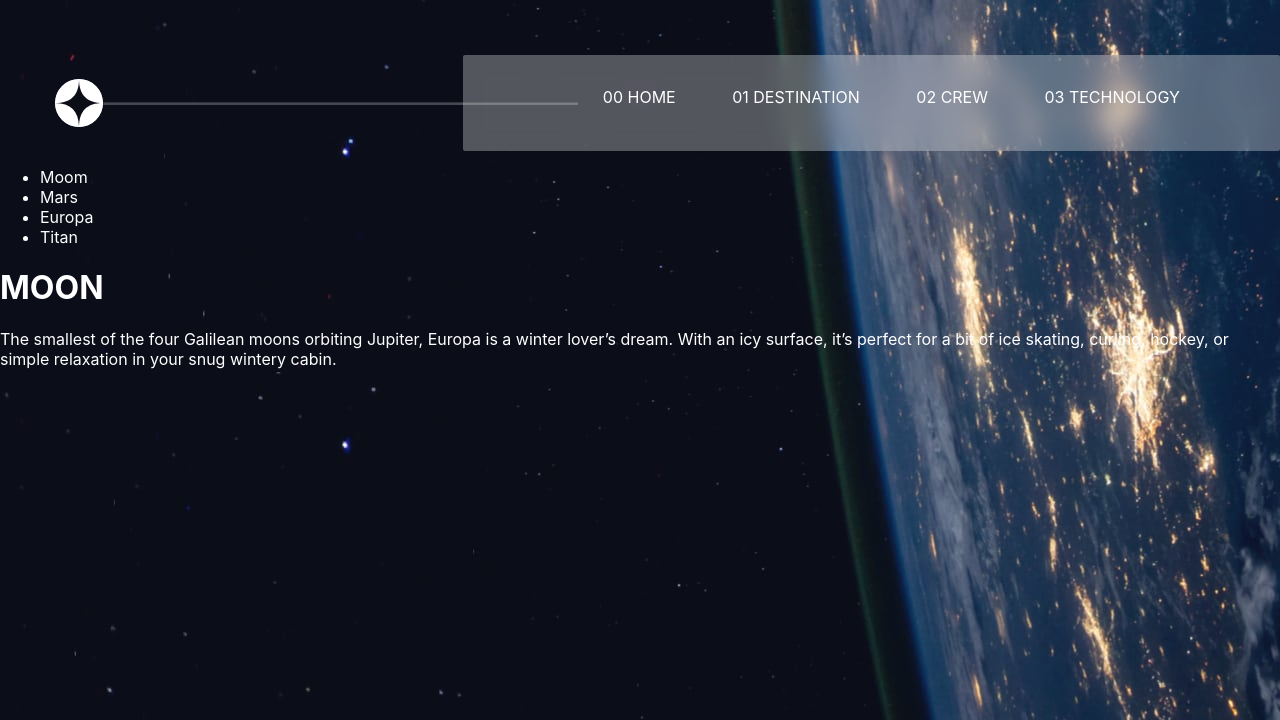
Repository: jhonenmanuel1/FrontEndMentor-MultiPageSpace
Page: /
The author's editor kept a copy of each file at every save. The page is drawn from the files as they stood at one save, then again after the next save.
The browser window is 1280 px wide. The pictures show the whole page.
The project was rebuilt for these pictures with package versions that can differ from the ones it lists, and the page was loaded fresh each time. Also part of the build but not shown: src/views/home.js.

Above is the page before, as saved 2022-06-23 21:56:02.

After the next save:
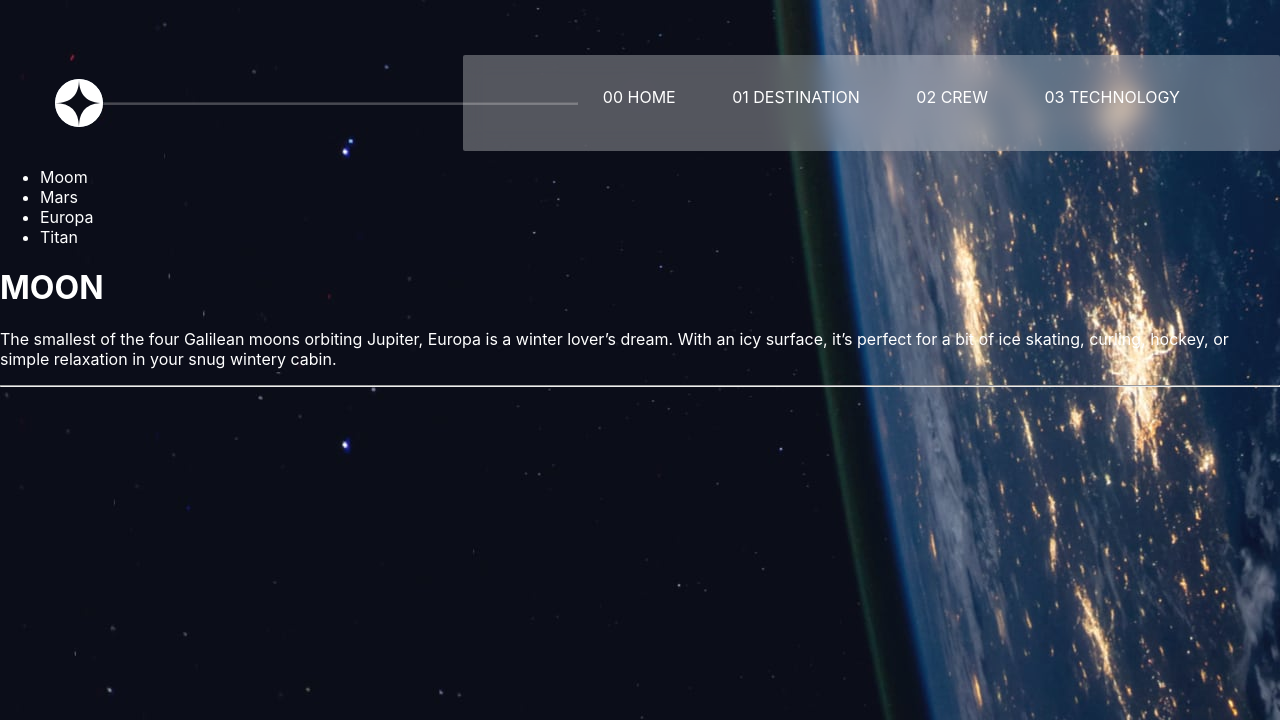
Saved 94 s later.
--- a/src/atoms/PlanetCardInfo.js
+++ b/src/atoms/PlanetCardInfo.js
@@ -18,6 +18,9 @@ export default function PlanetCardInfo (){
             <p>
             The smallest of the four Galilean moons orbiting Jupiter, Europa is a winter lover’s dream. With an icy surface, it’s perfect for a bit of ice skating, curling, hockey, or simple relaxation in your snug wintery cabin.
             </p>
+            <hr>
+
+            </hr>
 
         </div>
     </>
